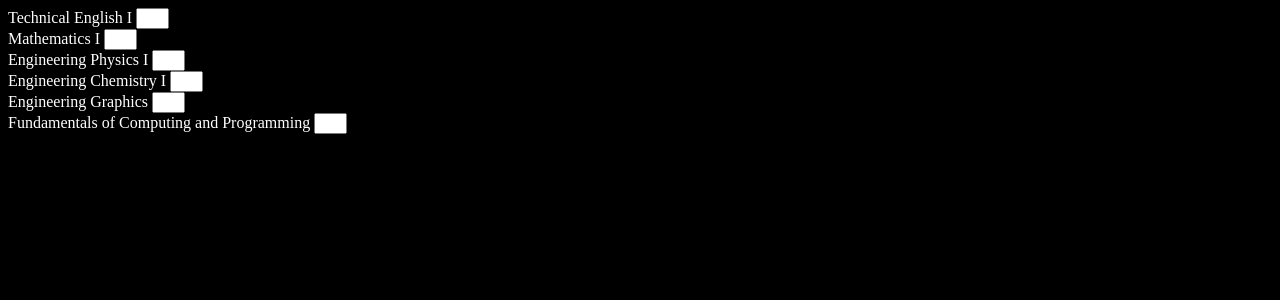
Repository: vigineshs/Mobile-Applications
Page: AnnaUniv GPA Calc/AnnaUniv GPA Calculator w/assets/www/it08sem1.html
These files come from the project's save history. The page is drawn as it stood at one moment and after the next save; the edit follows.
The browser window is 1280 px wide. The pictures show the whole page.

Above is the page before, as saved 2012-05-03 10:34:48.

After the next save:
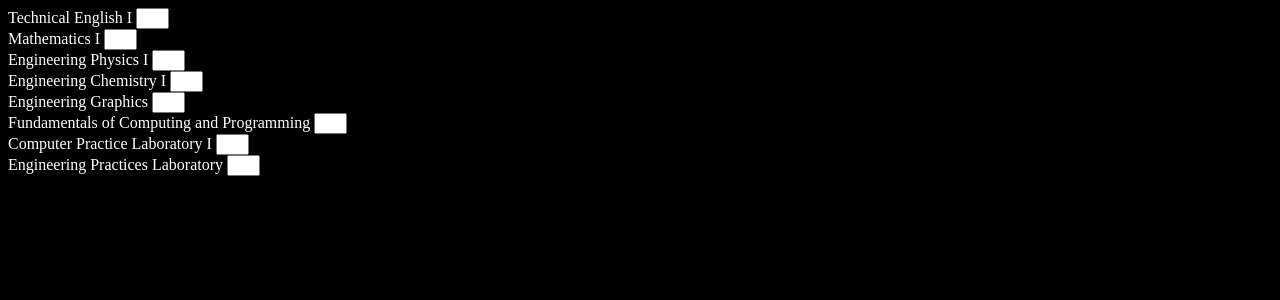
Saved 2 min 38 s later.
--- a/AnnaUniv GPA Calc/AnnaUniv GPA Calculator w/assets/www/it08sem1.html
+++ b/AnnaUniv GPA Calc/AnnaUniv GPA Calculator w/assets/www/it08sem1.html
@@ -12,5 +12,7 @@ Engineering Physics I <input type="text" size="1" name="t3" /> <br />
 Engineering Chemistry I <input type="text" size="1" name="t4" /> <br />
 Engineering Graphics <input type="text" size="1" name="t5" /> <br />
 Fundamentals of Computing and Programming <input type="text" size="1" name="t6" /> <br />
+Computer Practice Laboratory I <input type="text" size="1" name="t7" /> <br />
+Engineering Practices Laboratory <input type="text" size="1" name="t8" /> <br />
 </body>
 </html>
